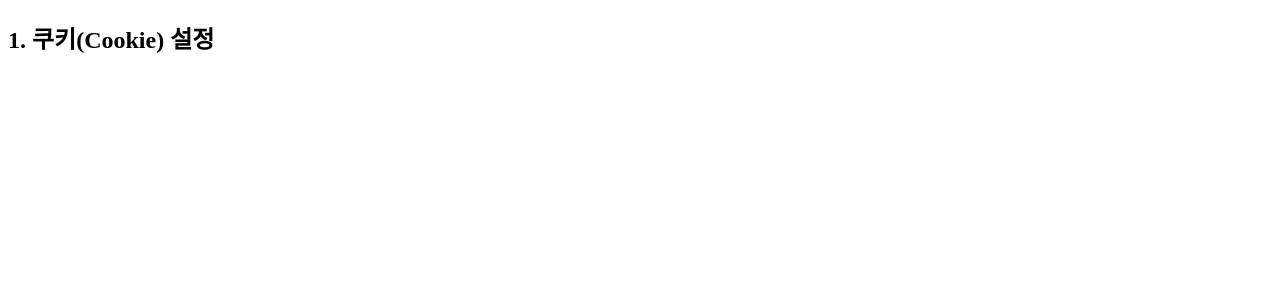
Repository: jjunyuongv/JSP_Servlet
Page: http://localhost/MustHHaveJSP/04Cookie/CookieMain.jsp
These files come from the project's save history. The page is drawn as it stood at one moment and after the next save; the edit follows.
The browser window is 1280 px wide. The pictures show the whole page.
The page is served by Tomcat 10. Other server files are loaded and not shown.

Above is the page before, as saved 2025-05-07 04:00:53.

### MustHHaveJSP/src/main/webapp/04Cookie/CookieMain.jsp
<%@ page language="java" contentType="text/html; charset=UTF-8"
    pageEncoding="UTF-8"%>
<!DOCTYPE html>
<html>
	<head>
	<meta charset="UTF-8">
	<title>Cookie</title>
	</head>
	<body>
		<h2>1. 쿠키(Cookie) 설정</h2>
		<%
		Cookie cookie = new Cookie("myCookie", "쿠키맛나요");
		cookie.setPath(request.getContextPath());
		cookie.setMaxAge(3600);
		response.addCookie(cookie);
		%>
	</body>
</html>

After the next save:
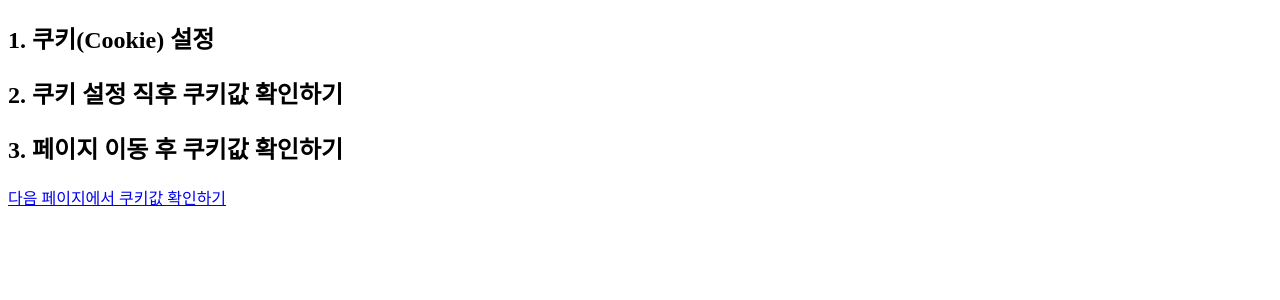
Saved 3 min 51 s later.
--- a/MustHHaveJSP/src/main/webapp/04Cookie/CookieMain.jsp
+++ b/MustHHaveJSP/src/main/webapp/04Cookie/CookieMain.jsp
@@ -14,5 +14,23 @@
 		cookie.setMaxAge(3600);
 		response.addCookie(cookie);
 		%>
+		<h2>2. 쿠키 설정 직후 쿠키값 확인하기</h2>
+		<%
+		Cookie[] cookies = request.getCookies();
+		if (cookies!=null) {
+			for(Cookie c : cookies) {
+				String cookieName = c.getName();
+				String cookieValue = c.getValue();
+				out.println(String.format("%s : %s<br/>", cookieName, cookieValue));
+			}
+		}
+		%>
+
+		<h2>3. 페이지 이동 후 쿠키값 확인하기</h2>
+		<a href="CookieResult.jsp">
+			다음 페이지에서 쿠키값 확인하기
+		</a>
+
+
 	</body>
 </html>
